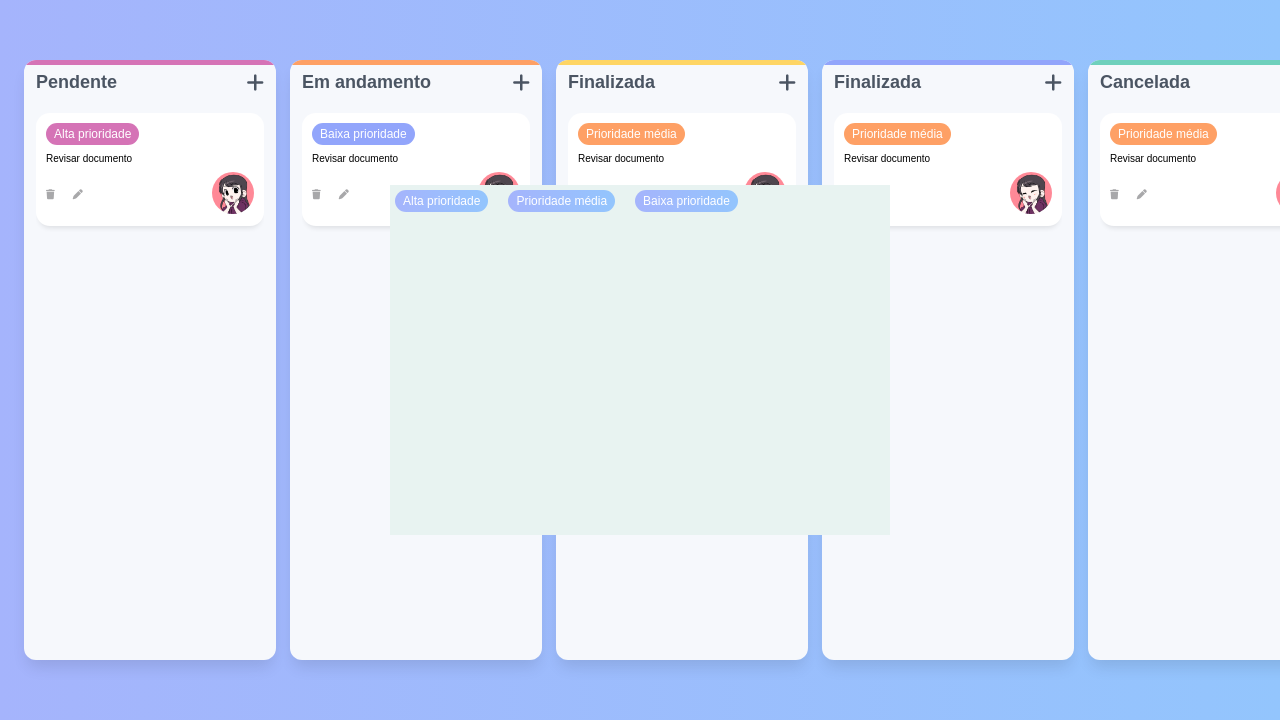
Repository: Marinalr-25/ProjetoToDoList
Page: index.html
These files come from the project's save history. The page is drawn as it stood at one moment and after the next save; the edit follows.
The browser window is 1280 px wide. The pictures show the whole page.
Some web fonts or font styles are not loaded; a fallback is used. Some web libraries are served in a nearby version.

Above is the page before, as saved 2024-10-31 16:26:19.

After the next save:
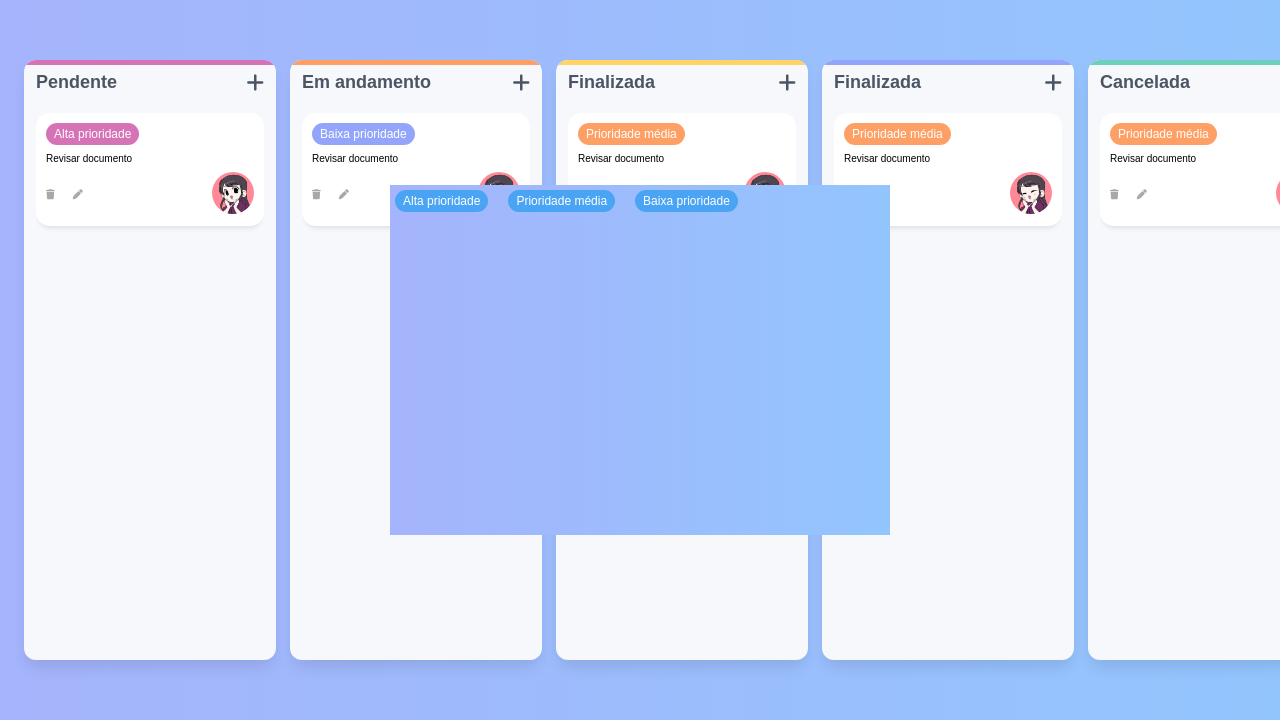
Saved 19 s later.
--- a/css/style.css
+++ b/css/style.css
@@ -173,7 +173,7 @@ body {
   transform: translate(-50%, -50%);
   width: 50rem;
   height: 35rem;
-  background-color: #e8f3f1;
+  background: linear-gradient(90deg, #a5b4fc, #93c5fd);
 }
 
 .custom_radio input[type='radio'] {
@@ -185,7 +185,7 @@ body {
   margin: 0.5rem;
   cursor: pointer;
   transition: transform 0.2s ease;
-  background: linear-gradient(90deg, #a5b4fc, #93c5fd);
+  background-color: #4aa4f4;
   color: #ffffff;
   width: fit-content;
   font-size: 1.2rem;
